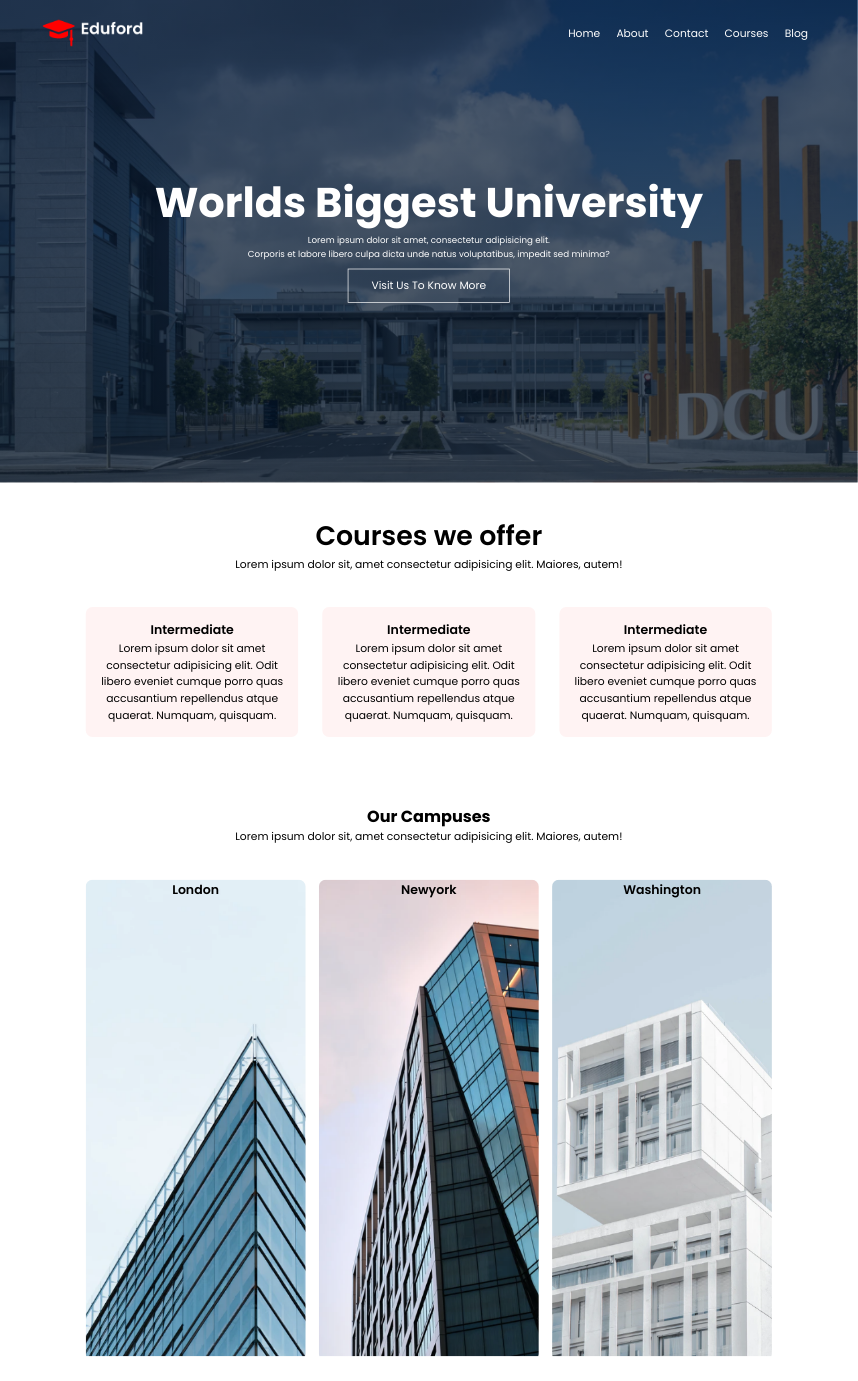
Repository: yashrajverma/Practise
Page: index.html
An editor plug-in stored every save of this project. The page is shown before and after the next save, followed by the edit.
The browser window is 1280 px wide. The pictures show the whole page, at 67% of full size.

Above is the page before, as saved 2021-04-27 12:28:56.

### index.html
<!DOCTYPE html>
<html lang="en">
  <head>
    <meta charset="UTF-8" />
    <meta name="viewport" content="width=device-width, initial-scale=1.0" />
    <title>Website</title>
    <link rel="stylesheet" href="style.css" />
    <link rel="preconnect" href="https://fonts.gstatic.com">
<link href="https://fonts.googleapis.com/css2?family=Poppins:ital,wght@0,100;0,400;0,600;0,700;1,500&display=swap" rel="stylesheet">
<link rel="stylesheet" href="https://cdn.jsdelivr.net/npm/@fortawesome/fontawesome-free@5.15.3/css/fontawesome.min.css" integrity="sha384-wESLQ85D6gbsF459vf1CiZ2+rr+CsxRY0RpiF1tLlQpDnAgg6rwdsUF1+Ics2bni" crossorigin="anonymous">
<link rel="stylesheet" href="https://cdnjs.cloudflare.com/ajax/libs/font-awesome/5.15.3/css/all.min.css" integrity="sha512-iBBXm8fW90+nuLcSKlbmrPcLa0OT92xO1BIsZ+ywDWZCvqsWgccV3gFoRBv0z+8dLJgyAHIhR35VZc2oM/gI1w==" crossorigin="anonymous" />

</head>
  <body>
    <section class="header">
        <nav>
         <a href="index.html"><img src="eduford_img/logo.png" alt="logo" class="nav-img"/></a>
          <div class="nav-links" id="navLinks">
            <i class="fa fa-times-circle" aria-hidden="true" onclick="hideMenu()"></i>
             <ul>
            <li><a href="#">Home</a></li>
            <li><a href="#">About</a></li>
            <li><a href="#">Contact</a></li>
            <li><a href="#">Courses</a></li>
            <li><a href="#">Blog</a></li>
          </ul>
          </div>
          <i class="fa fa-bars" aria-hidden="true" onclick="showMenu()"></i>
        </nav>

        <div class="text-box">
          <h1>
            Worlds Biggest University
          </h1>
          <p>
            Lorem ipsum dolor sit amet, consectetur adipisicing elit. <br>
            Corporis et labore libero culpa dicta unde natus voluptatibus, impedit sed minima?
          </p>
          <a href="#">Visit Us To Know More</a>
        </div>
    </section>

    <!-- -------------------- courses --------------------- -->

    <section class="course">
      <h1>Courses we offer</h1>
      <p>Lorem ipsum dolor sit, amet consectetur adipisicing elit. Maiores, autem!</p>
      <div class="row">
        <div class="course-col">
          <h3>Intermediate</h3>
          <p>Lorem ipsum dolor sit amet consectetur adipisicing elit.
            Odit libero eveniet cumque porro quas accusantium repellendus atque quaerat. Numquam, quisquam.</p>
        </div>
        <div class="course-col">
          <h3>Intermediate</h3>
          <p>Lorem ipsum dolor sit amet consectetur adipisicing elit.
            Odit libero eveniet cumque porro quas accusantium repellendus atque quaerat. Numquam, quisquam.</p>
        </div>
        <div class="course-col">
          <h3>Intermediate</h3>
          <p>Lorem ipsum dolor sit amet consectetur adipisicing elit.
            Odit libero eveniet cumque porro quas accusantium repellendus atque quaerat. Numquam, quisquam.</p>
        </div>
      </div>
    </section>



    <!-- -------------------- campus --------------------- -->

    <section class="campus">
      <h1>Our Campuses</h1>
      <p>Lorem ipsum dolor sit, amet consectetur adipisicing elit. Maiores, autem!</p>
      <div class="row">
        <div class="campus-col">
          <img src="/eduford_img/london.png" alt="">
          <div class="layer">
            <h3>London</h3>
          </div>
        </div>
        <div class="campus-col">
          <img src="/eduford_img/newyork.png" alt="">
          <div class="layer">
            <h3>Newyork</h3>
          </div>
        </div>
        <div class="campus-col">
          <img src="/eduford_img/washington.png" alt="">
          <div class="layer">
            <h3>Washington</h3>
          </div>
        </div>
      </div>
    </section>

    <script src="app.js"></script>
  </body>
</html>

### style.css
*{
    margin: 0;
    padding: 0;
    font-family: 'Poppins', sans-serif;
}

.header{
    width: 100%;
    min-height: 100vh;
    background:linear-gradient(rgba(2, 20, 46, 0.7),rgba(5, 20, 37, 0.7)) ,url('./eduford_img/banner.png');
    background-position: fixed;
    background-size: cover;
    background-repeat: no-repeat;
    position: relative;
}
nav{
    display: flex;
    align-items: center;
    justify-content: space-between;
    padding: 2% 5%;
}
.nav-img{
    width: 150px;
}
.nav-links{
    flex:1;
    text-align: right;
}
.nav-links ul li{
    list-style: none;
    padding: 0 10px ;
    display: inline-block;
    position: relative;
}
.nav-links ul li  a{
    text-decoration: none;
    color: white;

}
.nav-links ul li::after{
    width: 0;
    height: 2px;
    content: '';
    background-color: #f44336;
    display: block;
    margin: auto;
    transition: 0.4s;
}
.nav-links ul li:hover::after{
    width: 100%;
    box-shadow: 0px 0px 13px #f44336;
}
.text-box{
    width: 90%;
    text-align: center;
    position: absolute;
    top: 50%;
    left: 50%;
    transform: translate(-50%,-50%);
    color: white;
}
.text-box h1{
    font-size: 62px;
}
.text-box p{
    font-size: 13px;
}
.text-box a{
    display: inline-block;
    padding: 12px 34px ;
    color: white;
    text-decoration: none;
    position: relative;
    margin: 12px;
    border: 1px solid white;
    background: transparent;
    transition: 0.4s;
}
.text-box a:hover{
    background: #f44336;
    border:1px solid #f44336;
    box-shadow: 0px 0px 13px #f44336;
}

nav .fa{
    display: none;
}
@media(max-width:700px){
    .text-box h1{
        font-size: 20px;
    }
    .nav-links ul li{
        display: block;
        margin: 10px;
    }
    .nav-links{
        position: absolute;
        top: 0;
        right: -200px;
        background: #f44336;
        width: 200px;
        height: 100vh;
        text-align: left;
        z-index: 2;
    }
    nav .fa{
        display: block;
        color:white;
        font-size: 24px;
        cursor: pointer;
    }
}

/* ------------------------------------- course ----------------------------- */

.course{
    text-align: center;
    margin: auto;
    margin-top: 50px;
    width: 80%;
}
.course h1{
    font-size: 40px;
    font-weight: 600;
}

.row{
    margin-top: 5%;
    display: flex;
    justify-content: space-between;
}
.course-col{
    flex-basis: 31%;
    background: #fff3f3;
    border-radius: 10px;
    padding: 20px 12px;
    margin-bottom: 5%;
    box-sizing: border-box;
    transition: 0.7s;
}
h3{
    font-weight: 600;
    text-align: center;
}
.course-col:hover{
    box-shadow: 0 0 20px 0 rgba(0,0,0,0.2);
}

@media(max-width:700px){
    .row{
        flex-direction: column;
    }
}


/* ----------------- capmus ----------------------- */


.campus{
    width: 80%;
    padding-top: 50px;
    text-align: center;
    margin: auto;
}
.campus-col{
    flex-basis: 32%;
    border-radius: 10px;
    margin-bottom: 30px;
    position: relative;
    overflow: hidden;
}
.campus-col .layer{
    background: #f44336 0.5;
    left: 0;
    top: 0;
    position: absolute;
    height: 100%;
    width: 100%;

}

### app.js
var navLinks=document.getElementById('navLinks')
function hideMenu(){
    navLinks.style.right='-200px';
}
function showMenu(){
    navLinks.style.right="0"
}

After the next save:
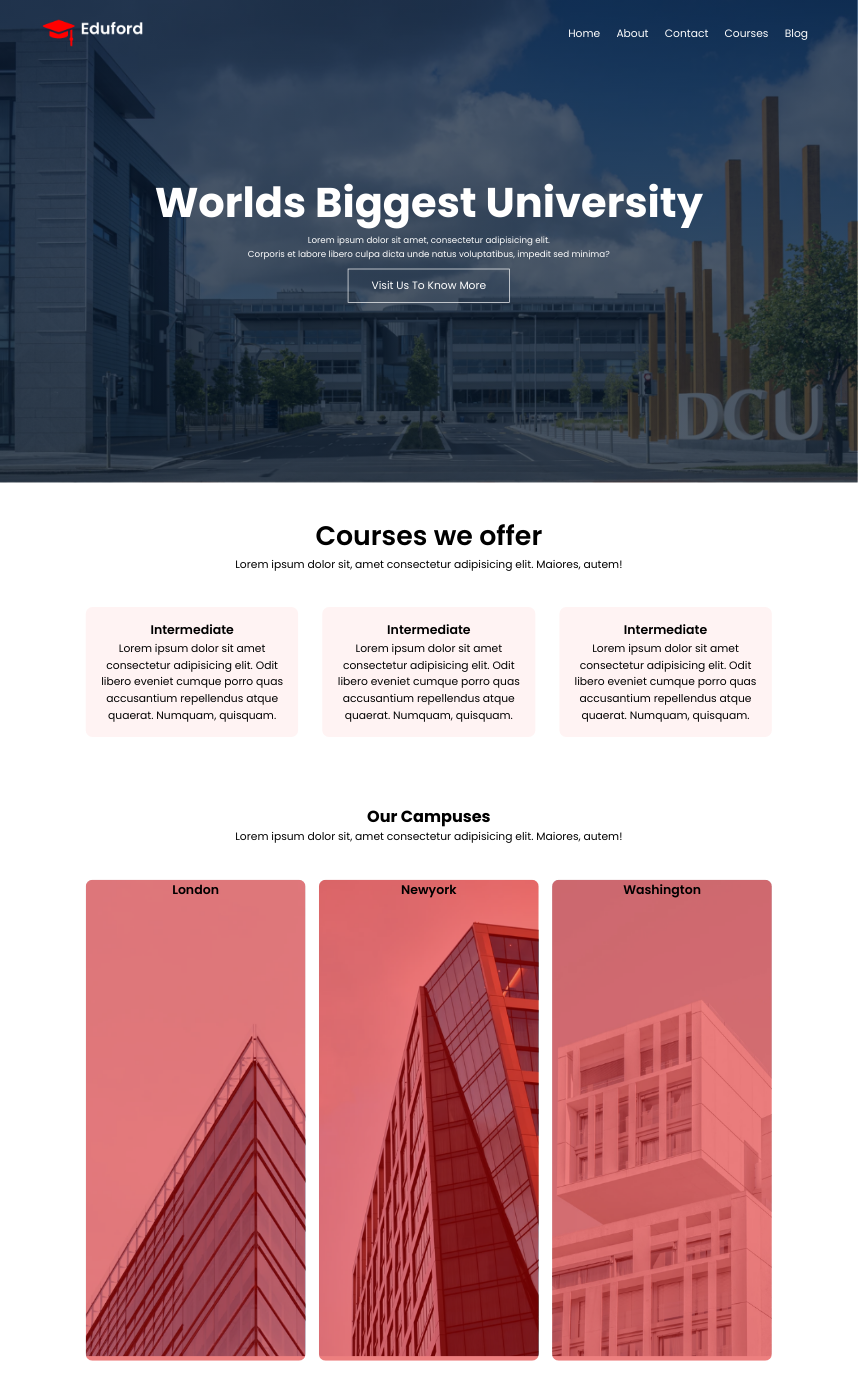
Saved 16 s later.
--- a/style.css
+++ b/style.css
@@ -170,7 +170,7 @@
     overflow: hidden;
 }
 .campus-col .layer{
-    background: #f44336 0.5;
+    background:rgba(220,0,0,0.5);
     left: 0;
     top: 0;
     position: absolute;
